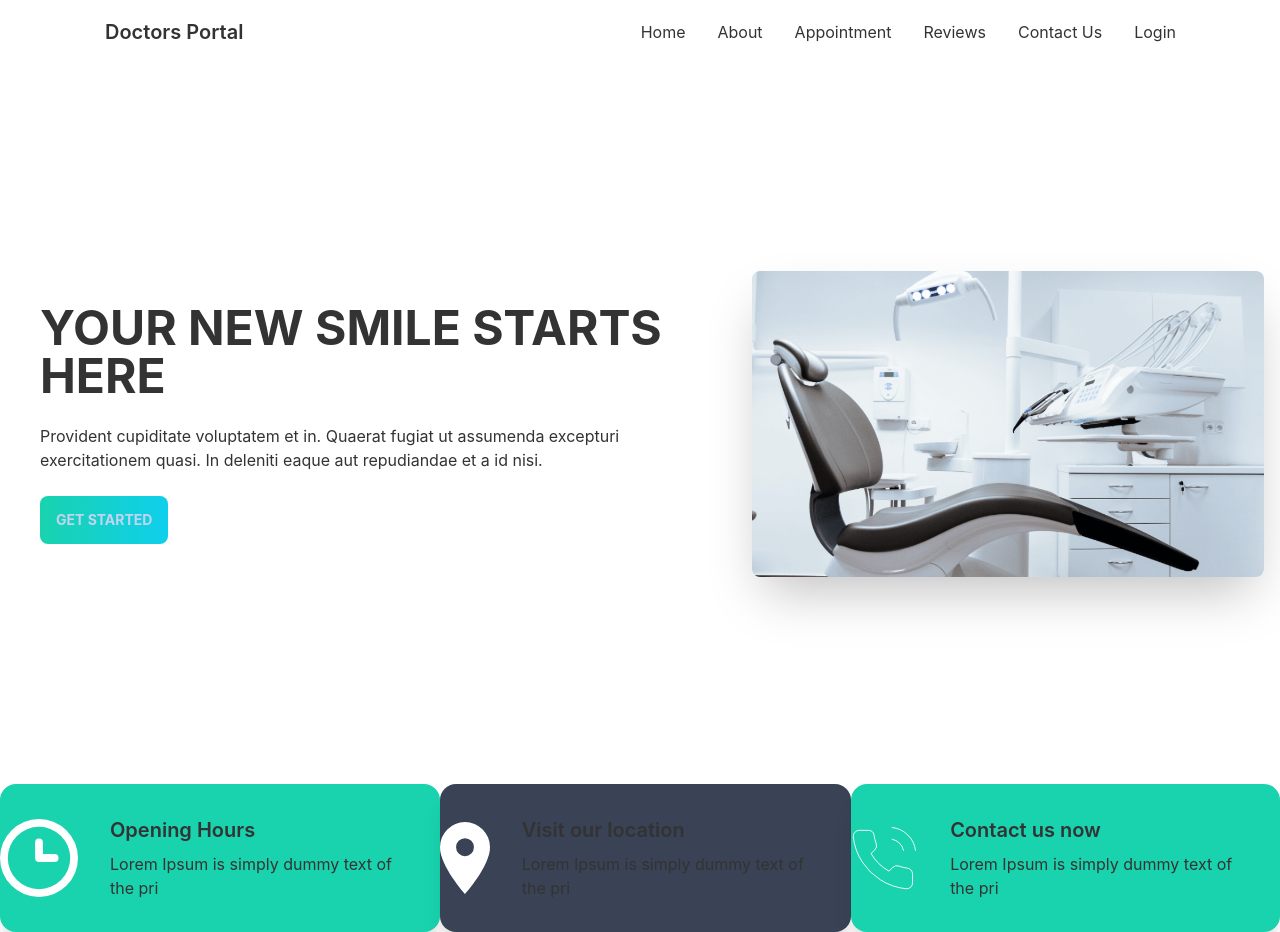
Repository: shikubro90/doctorsportal
Page: /
The author's editor kept a copy of each file at every save. The page is drawn from the files as they stood at one save, then again after a run of saves.
The browser window is 1280 px wide. The pictures show the whole page.
The project was rebuilt for these pictures with package versions that can differ from the ones it lists, and the page was loaded fresh each time. Also part of the build but not shown: src/App.css, src/Pages/About/About.jsx.

Above is the page before, as saved 2022-09-28 17:01:50.

### src/App.js
import { Route, Routes } from 'react-router-dom';
import './App.css';
import About from './Pages/About/About';
import Home from './Pages/Home/Home';
import Navbar from './Shared/Navbar';

function App() {
  return (
    <div className="App">
      <Navbar/>
      <Routes>
        <Route path='/' element={<Home/>}/>
        <Route path='/home' element={<Home/>}/>
        <Route path='/about' element={<About/>}/>
      </Routes>
    </div>
  );
}

export default App;

### src/Pages/Home/Home.jsx
import React from 'react'
import Banner from './Banner'
import BasicInfo from './BasicInfo'

const Home = () => {
  return (
    <div>
      <Banner />
      <BasicInfo/>
    </div>
  )
}

export default Home

### src/Shared/Navbar.jsx
import React from 'react'
import { Link } from 'react-router-dom'

const Navbar = () => {
  return (
    <div className="px-20">
      <div className="navbar bg-base-100">
        <div className="navbar-start">
          <div className="dropdown">
            <label tabIndex={0} className="btn btn-ghost lg:hidden">
              <svg
                xmlns="http://www.w3.org/2000/svg"
                className="h-5 w-5"
                fill="none"
                viewBox="0 0 24 24"
                stroke="currentColor"
              >
                <path
                  strokeLinecap="round"
                  strokeLinejoin="round"
                  strokeWidth="2"
                  d="M4 6h16M4 12h8m-8 6h16"
                />
              </svg>
            </label>
            <ul
              tabIndex={0}
              className="menu menu-compact dropdown-content mt-3 p-2 shadow bg-base-100 rounded-box w-52"
            >
              <li>
                <Link to="/home">Home</Link>
              </li>
              <li>
                <Link to="/about">About</Link>
              </li>
              <li>
                <Link to="/appointment">Appointment</Link>
              </li>
              <li>
                <Link to="/review">Reviews</Link>
              </li>
              <li>
                <Link to="/contact">Contact Us</Link>
              </li>
              <li>
                <Link to="/contact">Login</Link>
              </li>
            </ul>
          </div>
          <Link to="/" className='btn btn-ghost normal-case text-xl'>Doctors Portal</Link>
        </div>

        <div className="navbar-center hidden lg:flex">

          <ul className="menu menu-horizontal p-0 pl-20">
            <li>
              <Link to="/home">Home</Link>
            </li>
            <li>
              <Link to="/about">About</Link>
            </li>
            <li>
              <Link to="/appointment">Appointment</Link>
            </li>
            <li>
              <Link to="/review">Reviews</Link>
            </li>
            <li>
              <Link to="/contact">Contact Us</Link>
            </li>
            <li>
              <Link to="/contact">Login</Link>
            </li>
          </ul>

        </div>

      </div>

    </div>
  )
}

export default Navbar

### src/Pages/Home/Banner.jsx
import React from 'react'
import heroImage from '../../assets/images/chair.png'
import ButtonPrimary from '../../Shared/ButtonPrimary'

function Banner() {
  return (
    <div className=''>
      <div className="hero min-h-screen">
        <div className="hero-content flex flex-col lg:flex-row-reverse">
          <img
            src={heroImage}
            className="max-w-lg rounded-lg shadow-2xl"
            alt='bannerImage'
          />
          <div className='px-6'>
            <h1 className="text-5xl font-bold uppercase">Your New Smile Starts Here</h1>
            <p className="py-6 ">
              Provident cupiditate voluptatem et in. Quaerat fugiat ut assumenda
              excepturi exercitationem quasi. In deleniti eaque aut repudiandae
              et a id nisi.
            </p>
            <ButtonPrimary>{"Get Started"}</ButtonPrimary>
          </div>
        </div>
      </div>
    </div>
  )
}

export default Banner

### src/Pages/Home/BasicInfo.jsx
import MiniCard from './MiniCard'
import { miniCard } from '../../assets/resourse/Resourse.js'

const BasicInfo = () => {
  return (
    <div className="flex items-center justify-center">
      {miniCard.map(({ id, icon, title, style, disc }) => {
        return (
          <MiniCard
            id={id}
            icon={icon}
            title={title}
            style={style}
            disc={disc}
          />
        )
      })}
    </div>
  )
}

export default BasicInfo

### src/Shared/ButtonPrimary.jsx
function ButtonPrimary({ children }) {
  return (
    <div>
      <button className="btn bg-gradient-to-r from-secondary to-primary border-none font-bold">
        {children}
      </button>
    </div>
  )
}

export default ButtonPrimary

### src/Pages/Home/MiniCard.jsx
const MiniCard = (props) => {
  const { id, icon, title, style, disc } = props
  return (
    <div>
      <div key={id} className="cardWrapper flex">
        <div
          className="card card-side bg-base-100 shadow-xl flex items-center justify-center"
          style={style}
        >
          <div className="">
            <img src={icon} alt="icon" />
          </div>
          <div className="card-body">
            <h2 className="card-title">{title}</h2>
            <p>{disc}</p>
          </div>
        </div>
      </div>
    </div>
  )
}

export default MiniCard

### src/assets/resourse/Resourse.js
import clock from "../icons/clock.svg"
import marker from '../icons/marker.svg'
import phone from '../icons/phone.svg'

export const miniCard =[
    {
        id : 0,
        icon : clock,
        title : "Opening Hours",
        disc : "Lorem Ipsum is simply dummy text of the pri",
        style : {background : "#19D3AE"}
    },
    {
        id : 1,
        icon : marker,
        title : "Visit our location",
        disc : "Lorem Ipsum is simply dummy text of the pri",
        style : {background : "#3A4256"}
    },
    {
        id : 2,
        icon : phone,
        title : "Contact us now",
        disc : "Lorem Ipsum is simply dummy text of the pri",
        style : {background : "#19D3AE"}
    }
]

### tailwind.config.js
/** @type {import('tailwindcss').Config} */
module.exports = {
  content: [
    "./src/**/*.{js,jsx,ts,tsx}",
  ],
  theme: {
    extend: {},
  },
  daisyui: {
    themes: [
      {
       doctorstheme: {
          primary: "#0FCFEC",
          secondary: "#19D3AE",
          accent: "#3A4256",
          neutral: "#3d4451",
          "base-100": "#ffffff",
        },
      },
      "light",
      "cupcake",
    ],
  },
  plugins: [require("daisyui")],
}

Loaded but not shown: public/index.html (common file); src/index.js (common file); src/index.css (common file); src/reportWebVitals.js (common file)

After the next 2 saves:
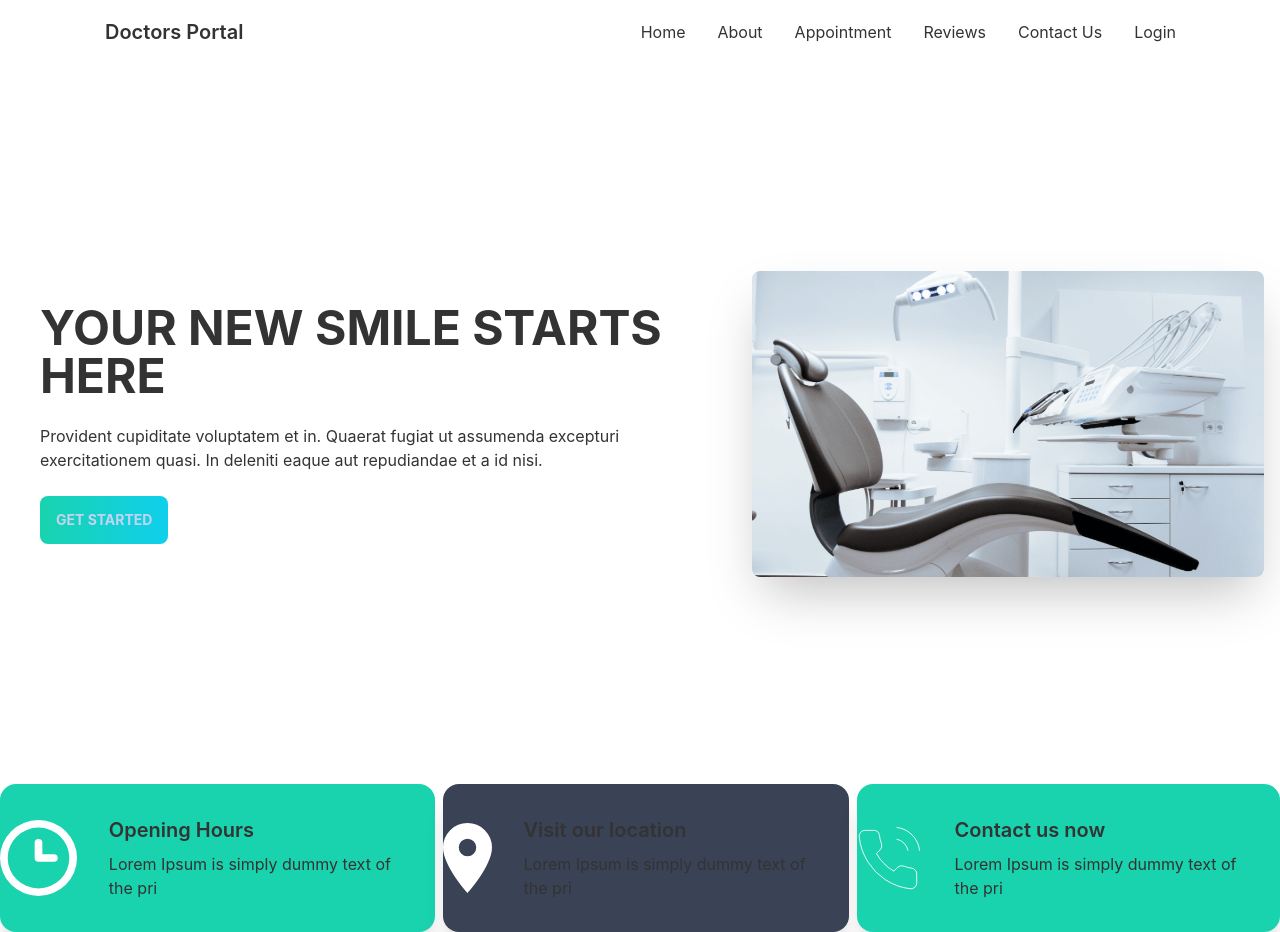
The 2 saves are shown as one change because they came seconds apart.
The last was saved 9 s later.
--- a/src/Pages/Home/BasicInfo.jsx
+++ b/src/Pages/Home/BasicInfo.jsx
@@ -3,7 +3,7 @@ import { miniCard } from '../../assets/resourse/Resourse.js'
 
 const BasicInfo = () => {
   return (
-    <div className="flex items-center justify-center">
+    <div className="flex items-center justify-center gap-2">
       {miniCard.map(({ id, icon, title, style, disc }) => {
         return (
           <MiniCard
